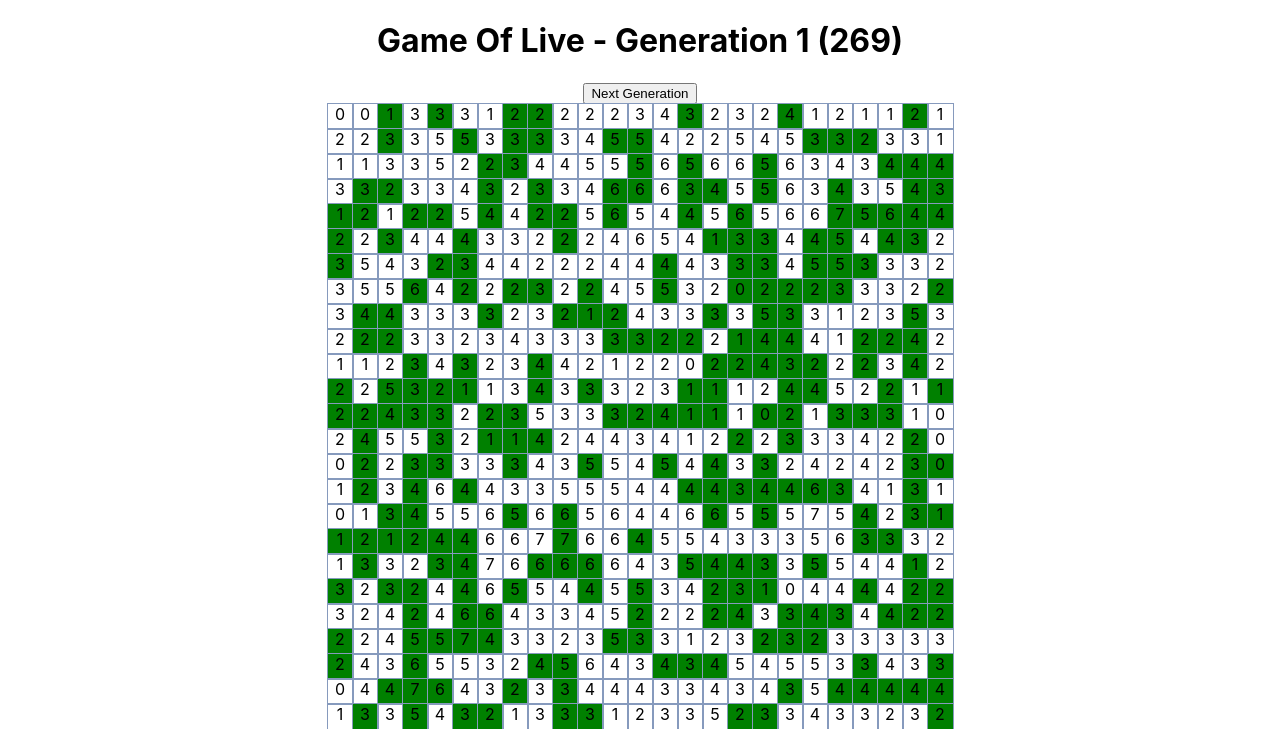
Repository: cfaguilera20/gol
Page: /
An editor plug-in stored every save of this project. The page is shown before and after a run of saves, followed by the edit.
The browser window is 1280 px wide. The pictures show the whole page.
The project was rebuilt for these pictures with package versions that can differ from the ones it lists, and the page was loaded fresh each time.

Above is the page before, as saved 2021-07-25 13:45:47.

After the next 2 saves:
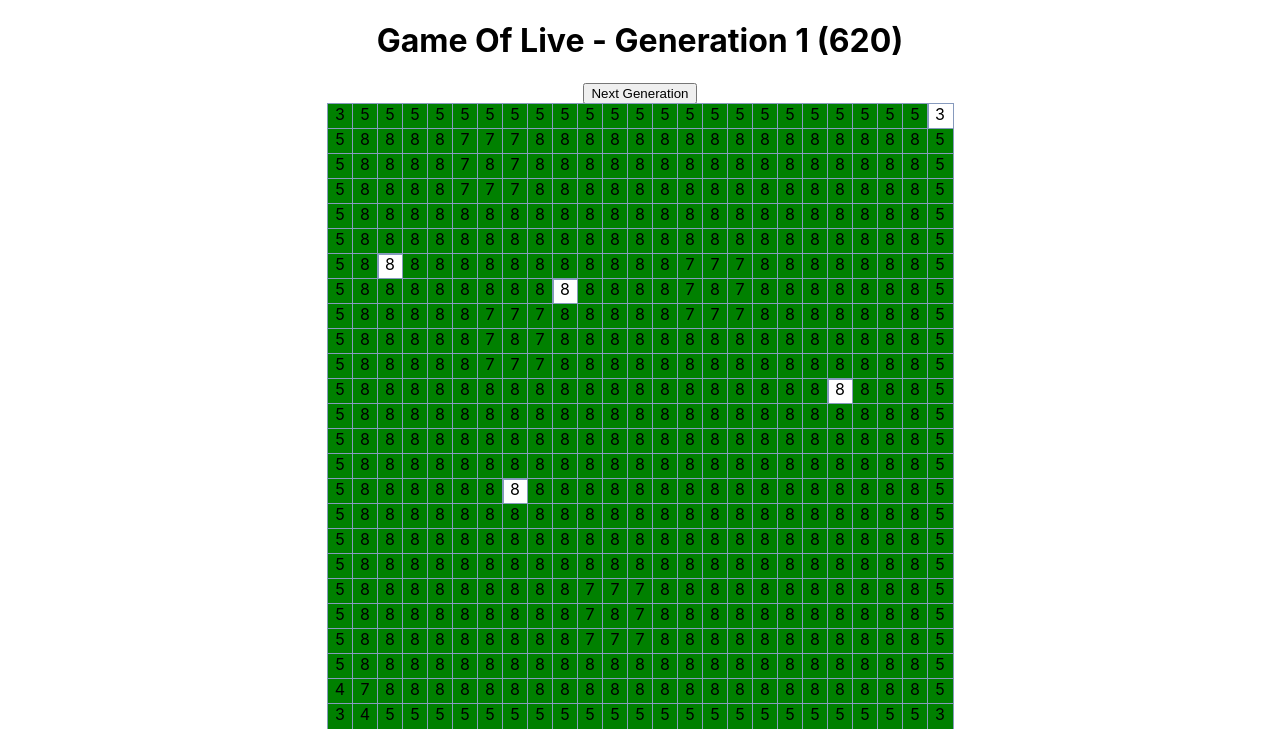
The 2 saves are shown as one change because they came seconds apart.
The last was saved 55 s later.
--- a/src/components/Board.jsx
+++ b/src/components/Board.jsx
@@ -2,7 +2,7 @@ import React, { useState } from 'react';
 import './Board.css';
 
 const WORLD_SIZE = 25;
-const WORLD_POPULATION = .5;
+const WORLD_POPULATION = 0.5;
 
 const Board = (props) => {
     const [world, setWorld] = useState(
@@ -59,7 +59,7 @@ class World {
             this.board[y] = [];
             for (let x = 0; x < this.size; x++) {
                 const isAlive =
-                    Math.random() > 1 - this.population ? true : false;
+                    Math.random() > this.population / 100 ? true : false;
                 this.board[y][x] = isAlive;
                 this.currentPopulation += isAlive ? 1 : 0;
             }
